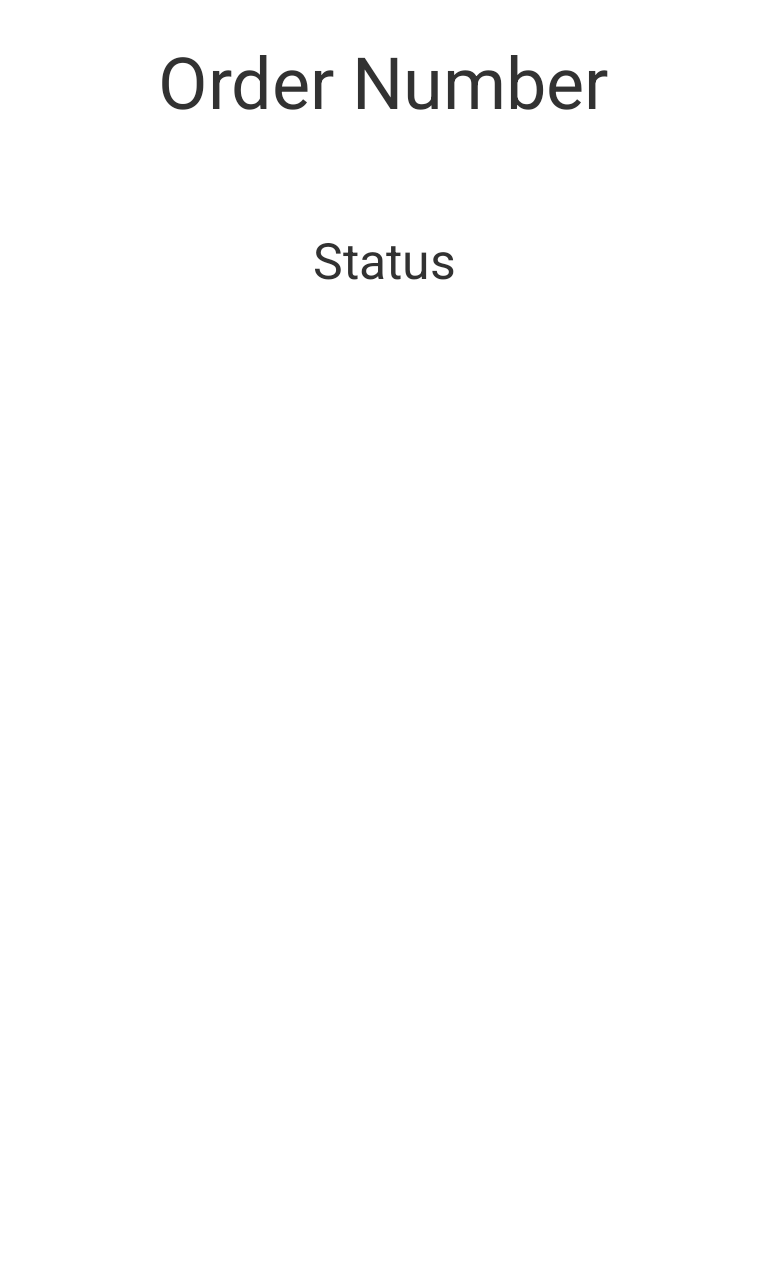
Repository: PotatoBiscuit/Thirstbuster
Layout: MobApp/workspace/DrinkAndGo/res/layout/activity_order.xml
The author's editor kept a copy of each file at every save. The layout is drawn from the files as they stood at one save, then again after the next save.
It is drawn on a 768 x 1280 px phone screen (xhdpi) without system bars, with theme AppTheme; the app's code is not run.

Above is the layout before, as saved 2016-04-18 01:43:47.

### MobApp/workspace/DrinkAndGo/res/layout/activity_order.xml
<LinearLayout xmlns:android="http://schemas.android.com/apk/res/android"
    xmlns:tools="http://schemas.android.com/tools"
    android:layout_width="match_parent"
    android:layout_height="match_parent"
    android:focusableInTouchMode="true"
    android:gravity="center_horizontal"
    android:orientation="vertical"
    android:paddingBottom="@dimen/activity_vertical_margin"
    android:paddingLeft="@dimen/activity_horizontal_margin"
    android:paddingRight="@dimen/activity_horizontal_margin"
    android:paddingTop="@dimen/activity_vertical_margin"
    tools:context="com.CS477.drinkandgo.OrderActivity" >

    <TextView
        android:id="@+id/order_number_text"
        android:layout_width="wrap_content"
        android:layout_height="wrap_content"
        android:layout_gravity="center_horizontal"
        android:gravity="center_horizontal"
        android:text="@string/order_number"
        android:textSize="@dimen/title_size" />

    <TextView
        android:id="@+id/order_number"
        android:layout_width="match_parent"
        android:layout_height="wrap_content"
        android:layout_gravity="center_horizontal"
        android:ems="10"
        android:gravity="center_horizontal"
        android:textSize="@dimen/title_size" />

    <TextView
        android:id="@+id/status_text"
        android:layout_width="wrap_content"
        android:layout_height="wrap_content"
        android:ems="10"
        android:gravity="center_horizontal"
        android:text="@string/status"
        android:textSize="@dimen/title_size2" />

    <TextView
        android:id="@+id/status"
        android:layout_width="match_parent"
        android:layout_height="wrap_content"
        android:ems="10"
        android:gravity="center_horizontal"
        android:textSize="@dimen/title_size" />

    <Button
        android:id="@+id/home_button"
        android:layout_width="wrap_content"
        android:layout_height="wrap_content"
        android:text="@string/home"
        android:visibility="gone" />

</LinearLayout>

### MobApp/workspace/DrinkAndGo/res/values/dimens.xml
<resources>

    <!-- Default screen margins, per the Android Design guidelines. -->
    <dimen name="activity_horizontal_margin">16dp</dimen>
    <dimen name="activity_vertical_margin">16dp</dimen>
    <dimen name="title_size">72px</dimen>
    <dimen name="button_margin">10dp</dimen>
    <dimen name="title_margin">50dp</dimen>
    <dimen name="title_size2">25dp</dimen>

</resources>

### MobApp/workspace/DrinkAndGo/res/values/strings.xml
<?xml version="1.0" encoding="utf-8"?>
<resources>

    <string name="app_name">DrinkAndGo</string>
    <string name="sign_in">Sign In</string>
    <string name="sign_up">Sign Up</string>
    <string name="title_activity_sign_in">SignInActivity</string>
    <string name="hello_world">Hello world!</string>
    <string name="action_settings">Settings</string>
    <string name="title_activity_sign_up">SignUpActivity</string>
    <string name="username">Username</string>
    <string name="password">Password</string>
    <string name="submit">Submit</string>
    <string name="title_activity_venue_search">VenueSearchActivity</string>
    <string name="name">Name</string>
    <string name="confirm_password">Re-enter Password</string>
    <string name="card_number">Credit Card Number</string>
    <string name="password_error">Passwords do not match!</string>
    <string name="input_error">All fields must be filled!</string>
    <string name="username_error">Username or password is incorrect!</string>
    <string name="username_not_unique">Username is already taken!</string>
    <string name="search_venue">Search Venue</string>
    <string name="search">Search</string>
    <string name="select">Select</string>
    <string name="title_activity_menu">MenuActivity</string>
    <string name="back">Back</string>
    <string name="cart">Cart</string>
    <string name="title_activity_cart">CartActivity</string>
    <string name="order">Order</string>
    <string name="self">Self-Service</string>
    <string name="table">Table-Service</string>
    <string name="enter_table_num">Enter Table Number</string>
    <string name="title_activity_order">OrderActivity</string>
    <string name="order_number">Order Number</string>
    <string name="status">Status</string>
	<string name="home">Return</string>
	<string name="new_order">New</string>

</resources>

Loaded but not shown: MobApp/workspace/DrinkAndGo/res/values/styles.xml (common file); MobApp/workspace/DrinkAndGo/res/values-v11/styles.xml (common file); MobApp/workspace/DrinkAndGo/res/values-v14/styles.xml (common file); MobApp/workspace/DrinkAndGo/res/values-w820dp/dimens.xml (common file)

After the next save:
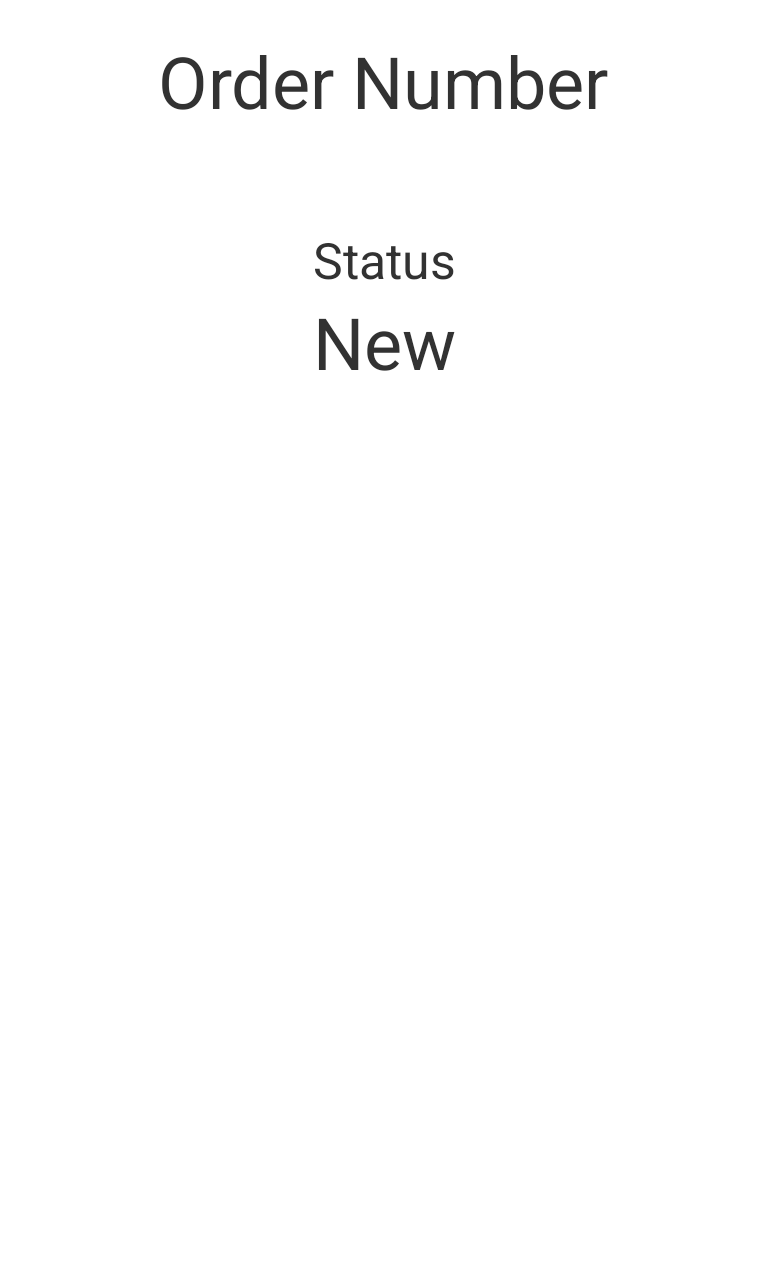
Saved 7 s later.
--- a/MobApp/workspace/DrinkAndGo/res/layout/activity_order.xml
+++ b/MobApp/workspace/DrinkAndGo/res/layout/activity_order.xml
@@ -44,6 +44,7 @@
         android:layout_height="wrap_content"
         android:ems="10"
         android:gravity="center_horizontal"
+        android:text="@string/new_order"
         android:textSize="@dimen/title_size" />
 
     <Button
